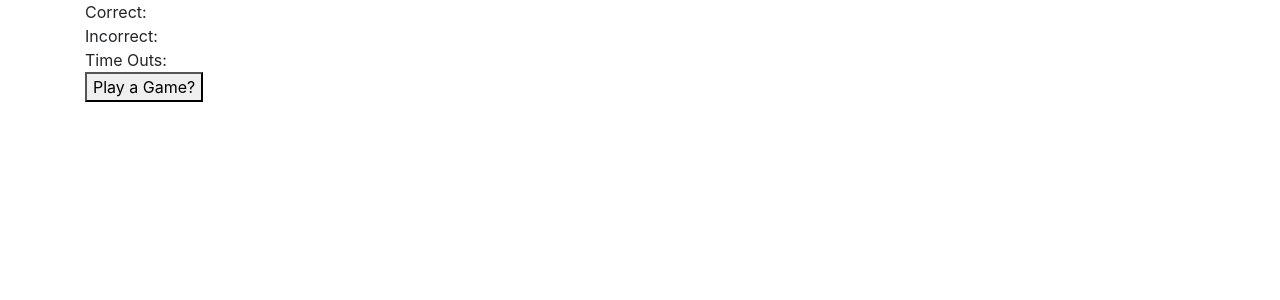
Repository: dsaftler/Trivia
Page: index.html
The author's editor kept a copy of each file at every save. The page is drawn from the files as they stood at one save, then again after the next save.
The browser window is 1280 px wide. The pictures show the whole page.

Above is the page before, as saved 2019-04-12 23:59:50.

### index.html
<!DOCTYPE html>
<html lang="en">
<head>
  <meta charset="UTF-8">
  <meta name="viewport" content="width=device-width, initial-scale=1.0">
  <meta http-equiv="X-UA-Compatible" content="ie=edge">
  <link rel="stylesheet" href="https://stackpath.bootstrapcdn.com/bootstrap/4.3.1/css/bootstrap.min.css"
    integrity="sha384-ggOyR0iXCbMQv3Xipma34MD+dH/1fQ784/j6cY/iJTQUOhcWr7x9JvoRxT2MZw1T" crossorigin="anonymous">
  <!-- custom css -->
  <link rel="stylesheet" href="assets/css/style.css" type="text/css">

  <title>Trivia Game</title>
</head>
<body>
<div class="container">
  <div class="showTimer"><span id="timer"></span></div>
  <div class="showQuestion"><span id="question"></span></div>
  <div class="showAnswer"><span id="answer"></span></div>
  <div id="showWinsCnt">Correct: <span id="wins"></span></div>
  <div id="showLoseCnt">Incorrect: <span id="wrongs"></span></div>
  <div id="showMissCnt">Time Outs: <span id="misses"></span></div>
  <div class="answers" id="answer0"></div>
  <div class="answers" id="answer1"></div>
  <div class="answers" id="answer2"></div>
  <div class="answers" id="answer3"></div>
  <button id="newGame" onclick="initGame()">Play a Game?</button>
  <!-- <button id="temp1" onclick="newQuestion()">Next Question?</button> -->
</div>

<!-- bootstrap scripts -->
<script src="https://code.jquery.com/jquery-3.3.1.slim.min.js"
  integrity="sha384-q8i/X+965DzO0rT7abK41JStQIAqVgRVzpbzo5smXKp4YfRvH+8abtTE1Pi6jizo" crossorigin="anonymous"></script>
<script src="https://cdnjs.cloudflare.com/ajax/libs/popper.js/1.14.7/umd/popper.min.js"
  integrity="sha384-UO2eT0CpHqdSJQ6hJty5KVphtPhzWj9WO1clHTMGa3JDZwrnQq4sF86dIHNDz0W1" crossorigin="anonymous"></script>
<script src="https://stackpath.bootstrapcdn.com/bootstrap/4.3.1/js/bootstrap.min.js"
  integrity="sha384-JjSmVgyd0p3pXB1rRibZUAYoIIy6OrQ6VrjIEaFf/nJGzIxFDsf4x0xIM+B07jRM" crossorigin="anonymous"></script>
<script src="assets/javascript/app.js"></script>


</body>
</html>

### assets/css/style.css
.showTimer
.showQuestion
.showAnswer
.showWinsCnt
.showLoseCnt
.answers:hover{
  background-color: blue;
}

}

### assets/javascript/app.js
// Advanced game has a 30 second timer that counts down to 0 for each question
// If the timer is 0 OR  a wrong answer is chosen:
  // show the correct answer for 5 seconds
// display a new question
// restart the timer with no user interaction

// questions are contained in an array with question, array of answers, index of correct answer
// question shows in questionId
// "Correct"  or "Correct Answer" shows in answerId
// 4 possible answers show in 4 clickable buttons
// buttons have hover behavior
//  only one can be selected (by click)

// scores for Wins, Losses, and Unanswered are kept (correct, wrong, timer ==0)
// ask to play again in link
// click on play restarts the game without re-loading the page

var qArray =[];
var wins, wrongs, misses, seconds;
var correctAnswerId;
var timer;
var seconds;
var isNewGame = true;
var timerRunning=false;
var i;

$(document).ready(function () {
  //initGame();  // called by newGame button
  $(".answers").click(function() {
    stopTimer();
    //which answer did I click?
    var target = $(this).attr("id")
    for(let j = 0; j<4; j++) {
      jtarget = "answer" + j
      //console.log(jtarget)
      if (jtarget === target){
        if (j === correctAnswerId){
          transition("win");
        } else {
          transition("lose");
        }
      }
    }
  })
})

function initGame() {
  wins = 0;
  wrongs = 0;
  misses = 0;
  $("#showWinsCnt").hide();
  $("#showLoseCnt").hide();
  $("#showMissCnt").hide();
  $("#newGame").hide();
  loadQuestions();
  i = 0;
  newQuestion(i);
}

function newQuestion(i)
{
  if(i<qArray.length){
    // show game pieces: question, answers
    console.log(qArray[i]);
    $("#question").text(qArray[i].question);
    $("#answer0").text(qArray[i].ansArray[0]);
    console.log(qArray[i].ansArray[0]);
    $("#answer1").text(qArray[i].ansArray[1]);
    $("#answer2").text(qArray[i].ansArray[2]);
    $("#answer3").text(qArray[i].ansArray[3]);
    correctAnswerId = qArray[i].correct;
    console.log(qArray[i].ansArray[correctAnswerId]);
    info = qArray[i].extra;
    seconds = 30;
    timer = setInterval(tick, 1000);
  } else {
    gameOver();
  }
}

function gameOver()
{
  $("#wins").text(wins);
  $("#wrongs").text(wrongs);
  $("#misses").text(misses);
  $("#newGame").text("Play Again?"); // calls initGame
  $("#newGame").show();
}


//  The decrement function.
function tick()
{
  seconds--;
  if (seconds < 0) {
    //  ...run the stop function.
    stopTimer()
    miss();
    return;
  }
  showTime();
}

function stopTimer()
{
  clearInterval(timer);
}

//  Execute the run function.
function showTime()
{
 $("#timer").html("<h2>" + seconds + "</h2>");
 //console.log(seconds);
}
function transition(result){
  switch (result){
    case "win":
      alert("Correct");
      wins++;
      break;
    case "lose":
      alert("Incorrect");
      wrongs++
    case "miss":
      misses++;
   }
  showExtra();
  newQuestion(i++)
  }

function loadQuestions(){
qArray = [
    {
      question: "How many moons are in our Solar System?",
      correct: 3,
      ansArray: [25, 50, 97, 181],
      extra: "These moons (also known as natural satellites) vary greatly in size and quantity per planet. For example, the largest moon is Jupiter’s Ganymede, and the smallest is Mar’s Deimos. Ganymede has a diameter of 3,273 miles, and Deimos has a diameter of 7 miles."
    },
    {
      question: "What percent of the universe is dark matter? (Plus or minus 2%.)",
      correct: 1,
      ansArray: ["15%", "27%", "50%", "80%"],
      extra: "The rest of the universe is around 68% dark energy, and less than 5% of the universe is made up of what we would consider ‘normal’ matter. This means that roughly 80% of the mass of the universe is made up of material we cannot see."
    },
    {
      question: "What is the most common type of star found in the Milky Way?",
      correct: 1,
      ansArray: ["Neutron stars", "Red dwarf stars", "Supernovae", "G-type"],
      extra: "Red dwarf stars make up an estimated ¾ of all stars found in the Milky Way. The surface temperature of red dwarf stars is less than 4,000 Kelvin, and they have a very low luminosity and therefore cannot be easily seen. In fact, from Earth not one red dwarf star can be seen with the naked eye. Since they develop very slowly and are constant for trillions of years, there are actually no advanced stars of this type in our galaxy because our galaxy is too young!"
    },
    {
      question: "What is the closest star to the Sun?",
      correct: 0,
      ansArray: ["Proxima Centauri", "Tau Ceti", "51 Pegasi", "Rigel"],
      extra: "Proxima Centauri is a red dwarf star located in Alpha Centauri system, which is in the Centaurus constellation. Alpha Centauri is actually a triple star system with Proxima Centauri being the closest to the sun. It is 4.24 light years away from the sun, and is not visible to the naked eye from Earth."
    },
    {
      question: "What has a gravitational pull so strong that even light cannot escape it?",
      correct: 2,
      ansArray: ["Quantum gravity well", "3rd law of thermodynamics", "Black hole", "Mutual attraction"],
      extra: "Black holes are one of the deadliest things in the universe. They are formed when a star with a mass more than three times that of our sun dies and collapses onto itself after an explosion called a supernova. Black holes can siphon the gas out of stars until they vanish. They can even break apart and swallow planets."
    },
    {
      question: "Which NASA space flight was the last manned mission to the moon?",
      correct: 3,
      ansArray: ["Skylab 4", "Gemini 12", "Skynet 3", "Apollo 17"],
      extra: "Apollo 17 launched on December 7, 1972 as the first night launch done by NASA. It was also the final mission of NASA’s Apollo program. Apollo 17 was the last time humans traveled beyond low Earth orbit. The mission also boasted that at the time it had the longest moon landing, largest lunar samples, longest time in orbit, and the longest total moonwalks."
    },
    {
      question: "What is the longest continuous time a human has spent in space? (Plus or minus 20 days.)",
      correct: 2,
      ansArray: ["37 days", "189 days", "437 days", "500 days"],
      extra: "This amounts to more than 14 months in space. This feat was accomplished by Valeri Polyakov, a Russian astronaut who stayed aboard the Mir space station from January 1994 to March 1995. When Polyakov retired he had over 678 cumulative days in space, and his combined space time was over 22 months."
    },
    {
      question: "How much time does sun rays take to reach earth?",
      correct: 2,
      ansArray: ["58 seconds", "3.5 minutes", "8 minutes", "14 minutes"],
      extra: "The speed of light in vacuum, commonly denoted c, is a universal physical constant important in many areas of physics. Its exact value is299,792,458 meters per second (approximately 300,000 km/s (186,000 mi/s))."
    },
    {
      question: "When the Halley’s Comet will be visible from Earth again?",
      correct: 3,
      ansArray: ["2024", "2039", "2042", "2061"],
      extra: "Halley's Comet is arguably the most famous comet. It is a ‘periodic’ comet and returns to Earth's vicinity about every 75 years, making it possible for a human to see it twice in his or her lifetime. The last time it was here was in 1986, and it is projected to return in 2061."
    },
    {
      question: "How long was the shortest space flight?",
      correct: 0,
      ansArray: ["15 minutes", "73 minutes", "4.5 hours", "3 days"],
      extra: "This occurred on May 5, 1961 when Alan Shepard achieved an altitude of 115 miles in NASA’s Freedom 7. He was also the first American in space. Shepard later went on to become the oldest person to walk on the surface of the moon. He achieved this in 1971 during the Apollo 14 mission. At the time, he was 47 years old."
    }
  ]
  //console.log(qArray);
};

After the next save:
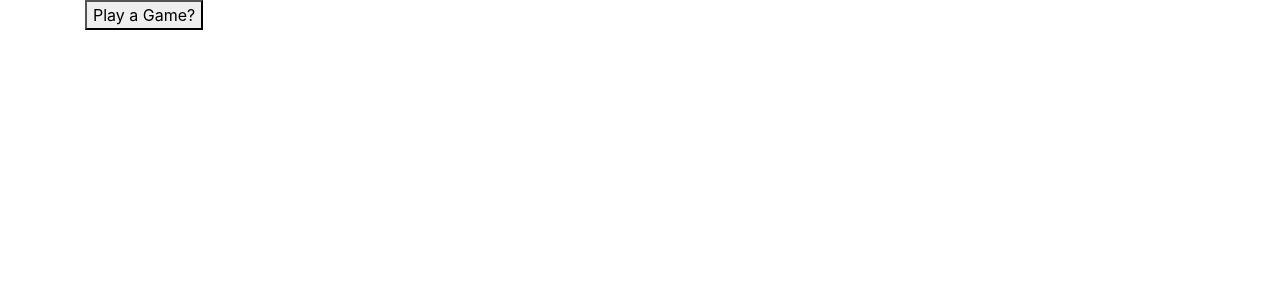
Saved 114 s later.
--- a/index.html
+++ b/index.html
@@ -16,9 +16,9 @@
   <div class="showTimer"><span id="timer"></span></div>
   <div class="showQuestion"><span id="question"></span></div>
   <div class="showAnswer"><span id="answer"></span></div>
-  <div id="showWinsCnt">Correct: <span id="wins"></span></div>
-  <div id="showLoseCnt">Incorrect: <span id="wrongs"></span></div>
-  <div id="showMissCnt">Time Outs: <span id="misses"></span></div>
+  <div id="showWinsCnt"><span id="wins"></span></div>
+  <div id="showLoseCnt"><span id="wrongs"></span></div>
+  <div id="showMissCnt"><span id="misses"></span></div>
   <div class="answers" id="answer0"></div>
   <div class="answers" id="answer1"></div>
   <div class="answers" id="answer2"></div>
